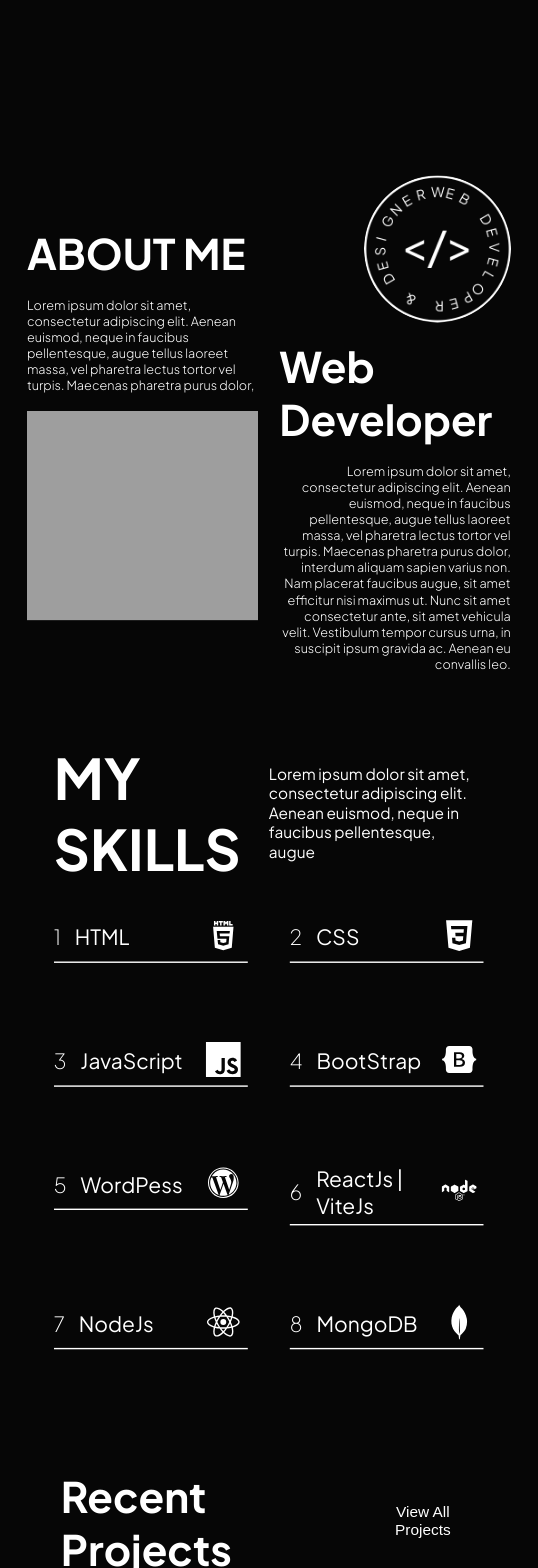
Repository: AliHassan02-Dev/PORTFOLIO
Page: / (app in Front-end/)
The author's editor kept a copy of each file at every save. The page is drawn from the files as they stood at one save, then again after the next save.
The browser window is 768 px wide. The pictures show the part of the page from y = 942 to 3182 px (the page is 4002 px tall before and 4093 px after), at 70% of full size.
Pictures or frames that could not be fetched are drawn as grey boxes. The project was rebuilt for these pictures with package versions that can differ from the ones it lists, and the page was loaded fresh each time. Also part of the build but not shown: Front-end/vite.config.js, Front-end/src/Pages/Projects.jsx, Front-end/src/Pages/AllProjects.jsx, Front-end/src/Components/ProjectPreview.jsx.

Above is the page before, as saved 2024-08-24 07:26:07.

After the next save:
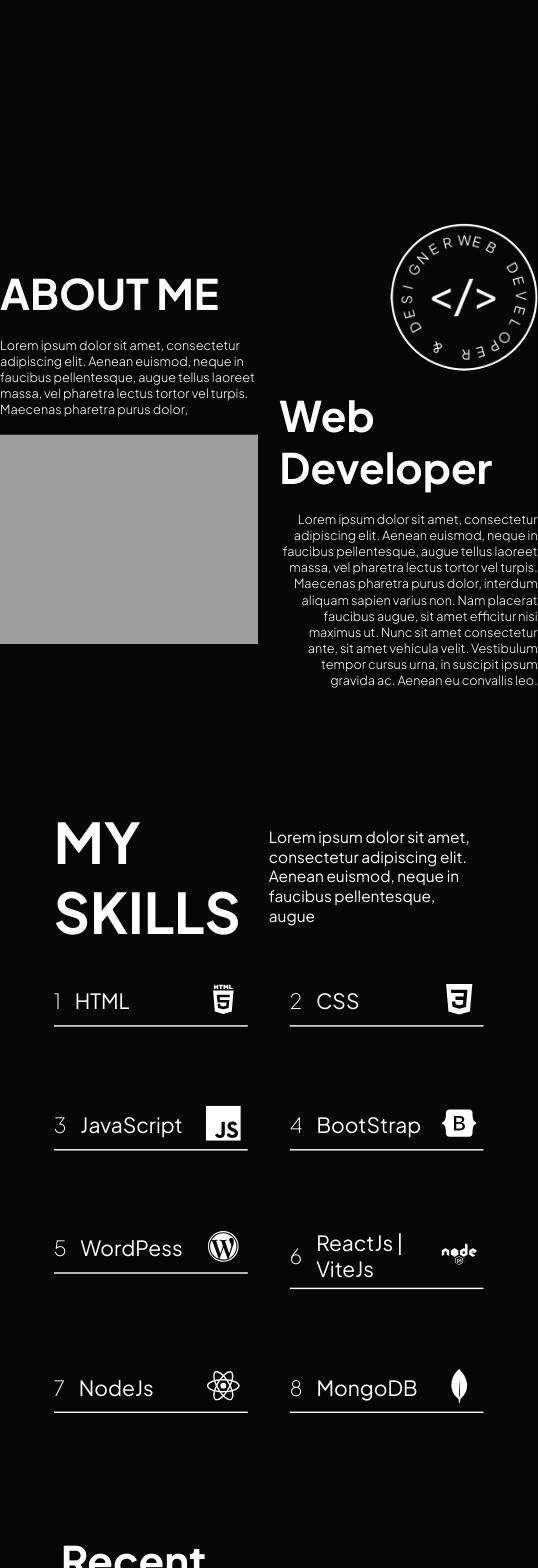
Saved 67 s later.
--- a/Front-end/src/App.css
+++ b/Front-end/src/App.css
@@ -313,6 +313,18 @@ body {
   }
 }
 
+@media (max-width: 768px) {
+  .mainWrapper .aboutContainer {
+    width: 100%;
+    height: 1000px;
+    display: flex;
+    justify-content: center;
+    align-items: center;
+    margin: auto;
+    gap: 30px;
+  }
+}
+
 /* ABOUT SECTION CSS END */
 
 /* SKILLS SECTION CSS */
